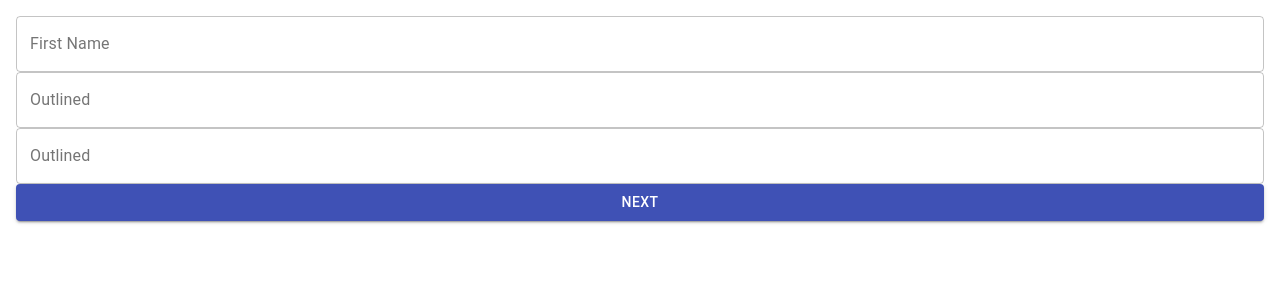
Repository: chathuraedirisingh/rr
Page: /
The author's editor kept a copy of each file at every save. The page is drawn from the files as they stood at one save, then again after the next save.
The browser window is 1280 px wide. The pictures show the whole page.
The project was rebuilt for these pictures with package versions that can differ from the ones it lists, and the page was loaded fresh each time.

Above is the page before, as saved 2019-12-17 23:24:11.

After the next save:
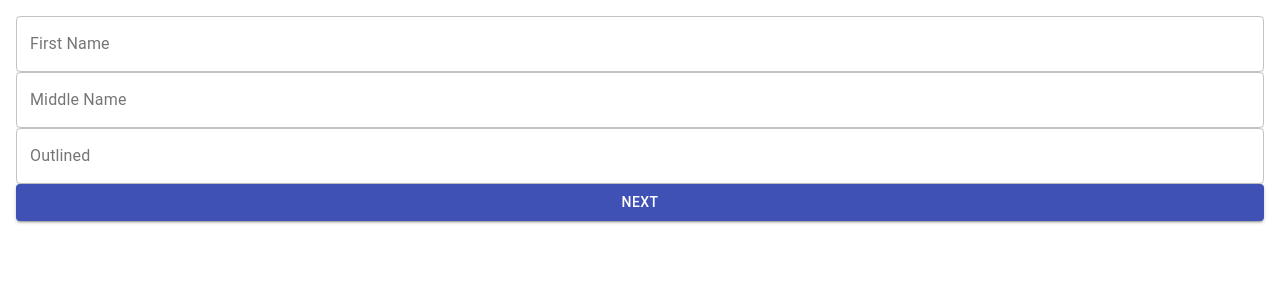
Saved 30 s later.
--- a/src/components/FormPersonalDetails.js
+++ b/src/components/FormPersonalDetails.js
@@ -28,10 +28,9 @@ export default class FormPersonalDetails extends Component {
                                 defaultValue={values.firstname} />
                             <TextField
                                 id="outlined-basic"
-                                label="Outlined"
+                                label="Middle Name"
                                 variant="outlined"
-                                hintText="First Name"
-                                floatingLabelText="First Name"
+                                floatingLabelText="Middle Name"
                                 onChange={handleChange('middlename')}
                                 defaultValue={values.firstname} />
                             <TextField
